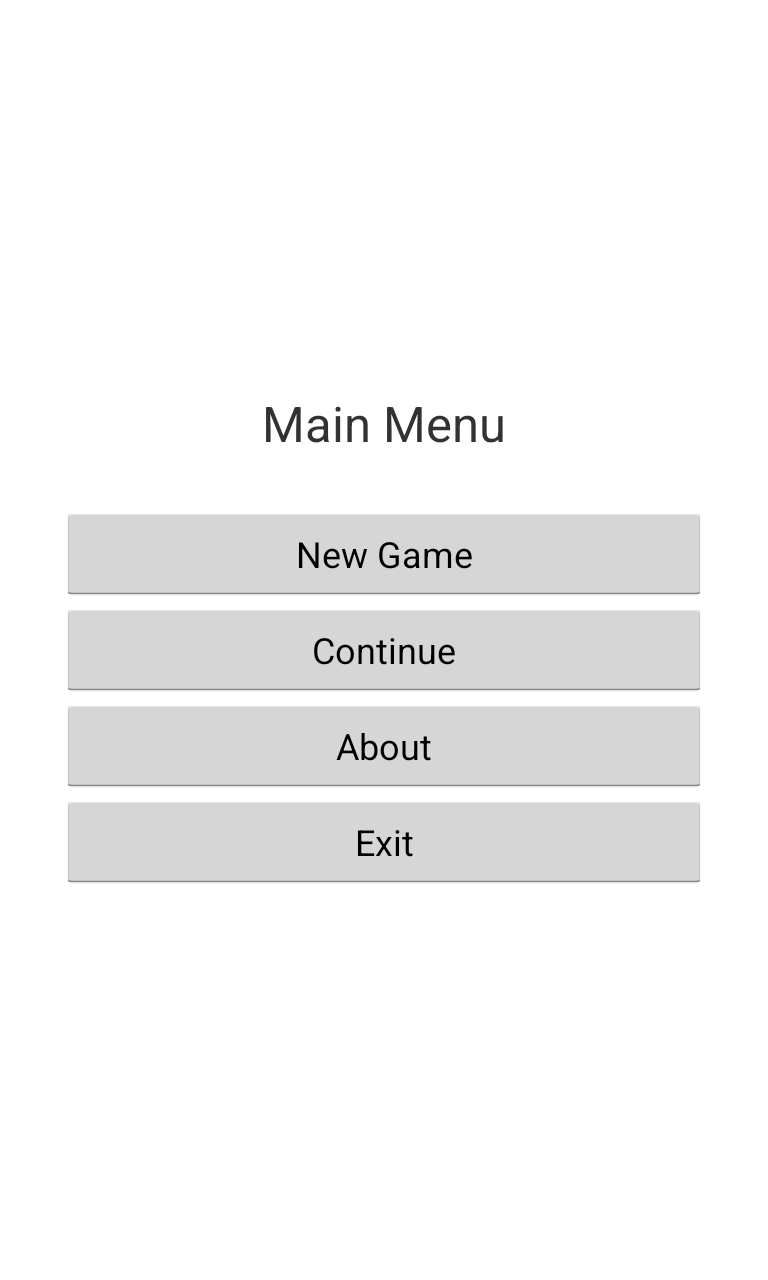
Repository: rickydalziel/project
Layout: Numbersorter/res/layout/activity_main.xml
These files come from the project's save history. The layout is drawn as it stood at one moment and after the next save; the edit follows.
It is drawn on a 768 x 1280 px phone screen (xhdpi) without system bars, with theme AppTheme; the app's code is not run.

Above is the layout before, as saved 2013-03-14 14:13:30.

After the next save:
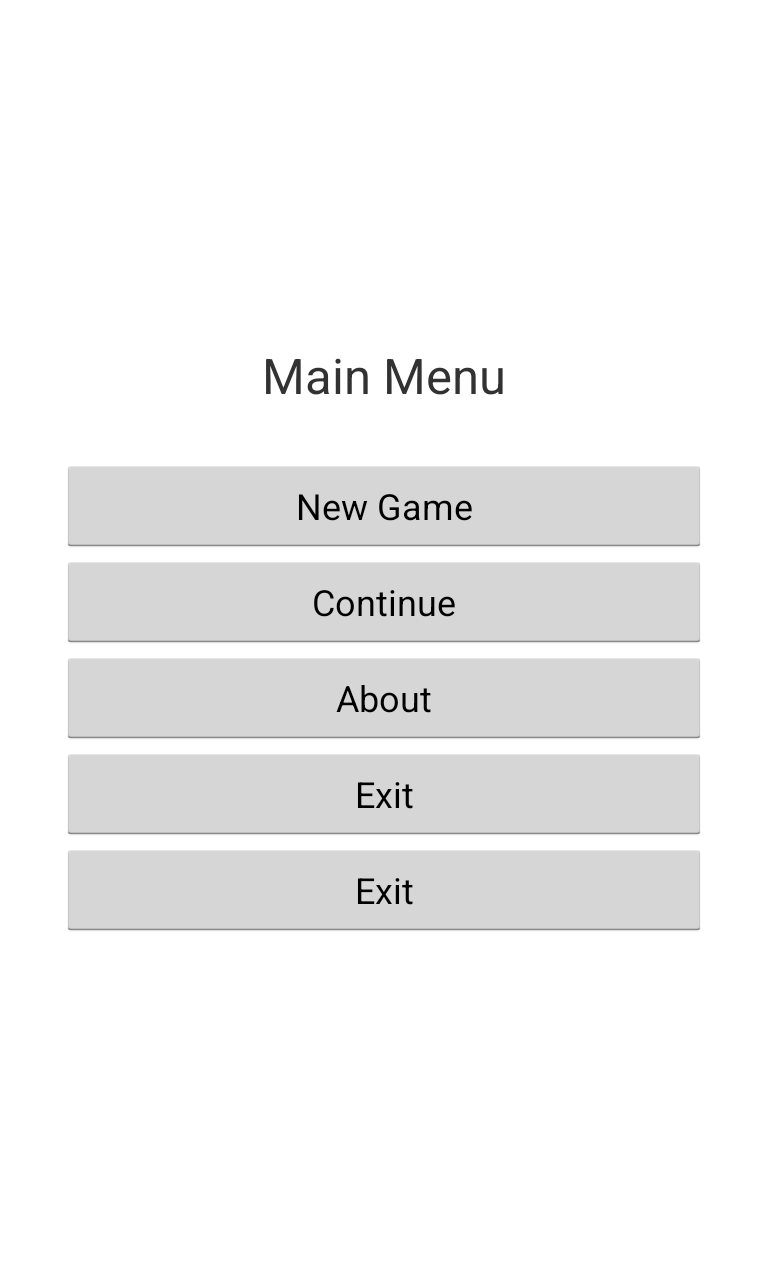
Saved 2 min 28 s later.
--- a/Numbersorter/res/layout/activity_main.xml
+++ b/Numbersorter/res/layout/activity_main.xml
@@ -49,6 +49,15 @@
 	        android:layout_gravity="center"
 	        android:onClick="exitPressed" />
 
+	    <Button
+	        android:id="@+id/exit_game"
+	        android:layout_width="fill_parent"
+	        android:layout_height="wrap_content"
+	        android:text="@string/exit_game"
+	        android:layout_gravity="bottom"
+	        android:layout_gravity="right"
+	        android:onClick="exitPressed" />
+
    </LinearLayout>
 
 </LinearLayout>
